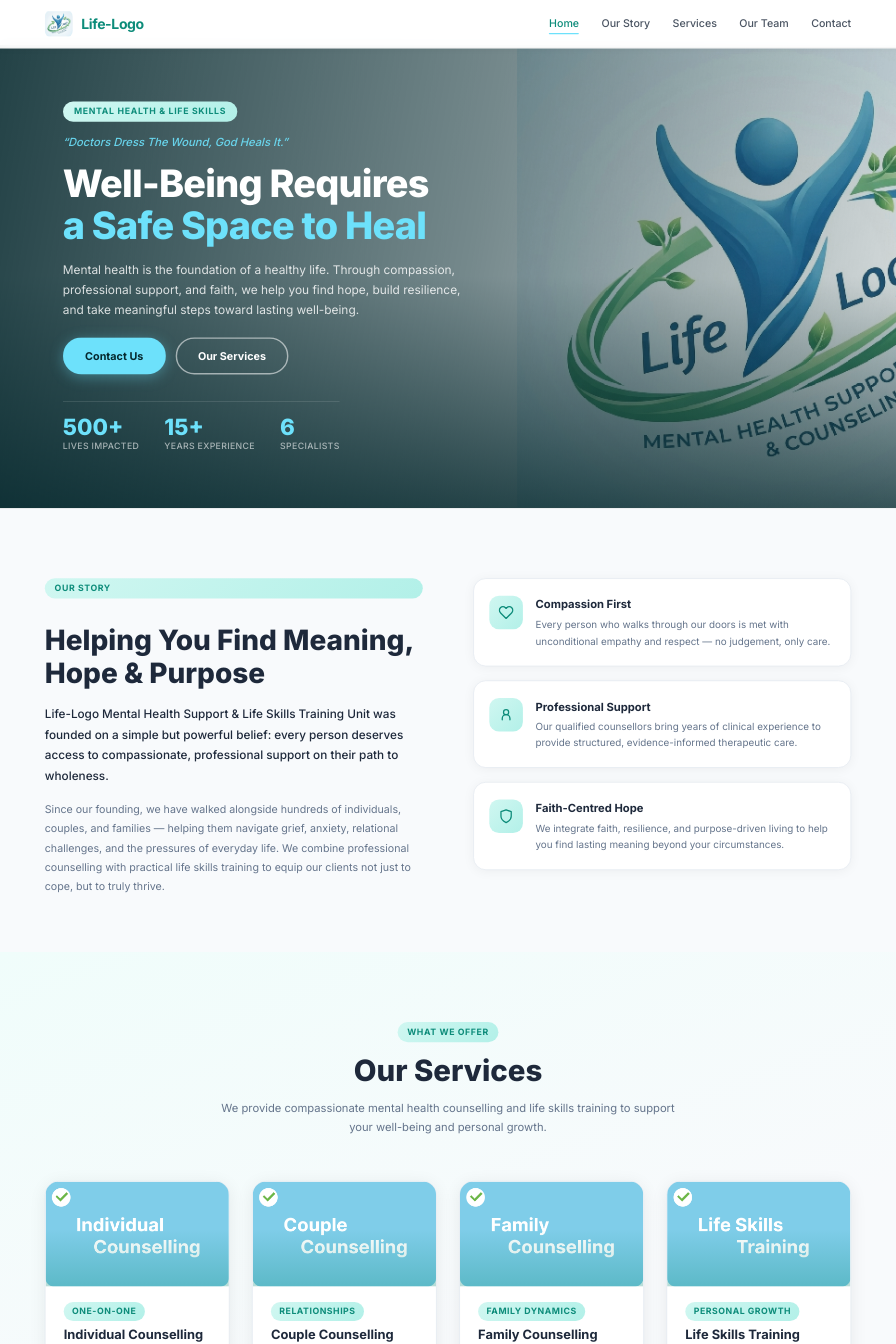
Repository: Tan47s/Lifelogo
Page: /
An editor plug-in stored every save of this project. The page is shown before and after the next save, followed by the edit.
The browser window is 1280 px wide. The pictures show the part of the page from y = 0 to 1920 px (the page is 5558 px tall), at 70% of full size.
The project was rebuilt for these pictures with package versions that can differ from the ones it lists, and the page was loaded fresh each time. Also part of the build but not shown: vite.config.js.

Above is the page before, as saved 2026-08-23 11:25:29.

### index.html
<!doctype html>
<html lang="en">
  <head>
    <meta charset="UTF-8" />
    <link rel="icon" type="image/svg+xml" href="/favicon.svg" />
    <meta name="viewport" content="width=device-width, initial-scale=1.0" />
    <title>Life-Logo | Mental Health Counselling &amp; Life Skills</title>
    <meta name="description" content="Life-Logo Mental Health Support &amp; Life Skills Training Unit — professional counselling, resilience coaching, and compassionate support to help you find meaning, hope, and purpose." />
    <meta property="og:title" content="Life-Logo | Mental Health Counselling &amp; Life Skills" />
    <meta property="og:description" content="Professional counselling and life skills training to support your well-being and personal growth." />
    <meta property="og:type" content="website" />
  </head>
  <body>
    <div id="root"></div>
    <script type="module" src="/src/main.jsx"></script>
  </body>
</html>

### src/main.jsx
import { StrictMode } from 'react'
import { createRoot } from 'react-dom/client'

import { App } from './App.jsx'


createRoot(document.getElementById('root')).render(
  <StrictMode>
    <App />
  </StrictMode>,
)

### src/App.jsx
import React from 'react'
import { Header } from './comp/Header'
import { Herocon } from './comp/Herocon'
import { Contents2 } from './comp/Contents2'
import { Service2 } from './comp/Service2'
import { Counsellors } from './comp/Counsellors'
import { Contact } from './comp/Contact'
import { Footer } from './comp/Footer'

export const App = () => {
  return (
    <div>
      <Header />

      {/* Hero — id: home (owned by Herocon's <section>) */}
      <Herocon />

      {/* Our Story — id: story (owned by Contents2's <section>) */}
      <Contents2 />

      {/* Services — id: services (declared inside Service2's <section>) */}
      <Service2 />

      {/* Our Team — id: team */}
      <Counsellors />

      {/* Contact — id: contact */}
      <Contact />

      {/* Footer */}
      <Footer />
    </div>
  )
}

### src/comp/Herocon.jsx
import './herocon.css'
import Hero from '../assets/hero3.jpg'

const stats = [
  { value: '500+', label: 'Lives Impacted' },
  { value: '15+', label: 'Years Experience' },
  { value: '6',   label: 'Specialists' },
]

export const Herocon = () => {
  const scrollTo = (id) => {
    const el = document.getElementById(id)
    if (el) el.scrollIntoView({ behavior: 'smooth' })
  }

  return (
    <section
      id="home"
      className="hero-section"
      style={{ backgroundImage: `url(${Hero})` }}
    >
      {/* layered overlay */}
      <div className="hero-overlay" />

      <div className="hero-content">
        {/* eyebrow badge */}
        <span className="hero-badge">Mental Health &amp; Life Skills</span>

        {/* quote */}
        <p className="hero-quote">
          &ldquo;Doctors Dress The Wound, God Heals It.&rdquo;
        </p>

        {/* headline */}
        <h1 className="hero-headline">
          Well-Being Requires<br />
          <span className="hero-headline-accent">a Safe Space to Heal</span>
        </h1>

        {/* sub-text */}
        <p className="hero-sub">
          Mental health is the foundation of a healthy life. Through compassion,
          professional support, and faith, we help you find hope, build
          resilience, and take meaningful steps toward lasting well-being.
        </p>

        {/* CTAs */}
        <div className="hero-ctas">
          <button
            id="hero-contact-btn"
            className="hero-btn hero-btn--primary"
            onClick={() => scrollTo('contact')}
          >
            Contact Us
          </button>
          <button
            id="hero-services-btn"
            className="hero-btn hero-btn--ghost"
            onClick={() => scrollTo('services')}
          >
            Our Services
          </button>
        </div>

        {/* Stats strip */}
        <div className="hero-stats">
          {stats.map((s, i) => (
            <div className="hero-stat" key={i}>
              <span className="hero-stat-value">{s.value}</span>
              <span className="hero-stat-label">{s.label}</span>
            </div>
          ))}
        </div>
      </div>
    </section>
  )
}

### src/comp/Service2.jsx
import React from 'react'
import ser1 from '../assets/ser1.png'
import ser2 from '../assets/ser2.png'
import ser3 from '../assets/ser3.png'
import ser4 from '../assets/ser4.png'
import './Service2.css'

const services = [
  {
    img: ser1,
    title: 'Individual Counselling',
    tag: 'One-on-One',
    desc: 'A private, confidential space where you can explore personal challenges, process emotions, and develop healthier coping strategies with the guidance of a qualified counsellor.',
  },
  {
    img: ser2,
    title: 'Couple Counselling',
    tag: 'Relationships',
    desc: 'Helping couples navigate conflict, rebuild trust, and strengthen communication so they can grow together in a healthy, supportive partnership.',
  },
  {
    img: ser3,
    title: 'Family Counselling',
    tag: 'Family Dynamics',
    desc: 'We work with families to address relational tensions, improve understanding, and foster a home environment rooted in compassion and mutual respect.',
  },
  {
    img: ser4,
    title: 'Life Skills Training',
    tag: 'Personal Growth',
    desc: 'Practical workshops and coaching sessions that equip you with tools for resilience, emotional regulation, goal-setting, and purposeful living.',
  },
]

export const Service2 = () => {
  return (
    <section id="services" className="services-section">
      {/* Section Header */}
      <div className="services-header">
        <span className="section-badge">What We Offer</span>
        <h2>Our Services</h2>
        <p className="services-subtitle">
          We provide compassionate mental health counselling and life skills
          training to support your well-being and personal growth.
        </p>
      </div>

      {/* Cards Grid */}
      <div className="services-grid">
        {services.map((s, i) => (
          <div className="service-card" key={i}>
            <div className="service-img-wrap">
              <img src={s.img} alt={s.title} className="service-img" />
              <div className="service-img-overlay" />
            </div>
            <div className="service-info">
              <span className="service-tag">{s.tag}</span>
              <h3>{s.title}</h3>
              <p>{s.desc}</p>
            </div>
          </div>
        ))}
      </div>
    </section>
  )
}

### src/comp/Footer.jsx
import React from 'react'
import './Footer.css'
import logo from '../assets/logo.png'

export const Footer = () => {
  const year = new Date().getFullYear()

  const scrollTo = (id) => {
    const el = document.getElementById(id)
    if (el) el.scrollIntoView({ behavior: 'smooth' })
  }

  return (
    <footer className="footer">
      <div className="footer-inner">

        {/* Brand Column */}
        <div className="footer-brand">
          <div className="footer-logo-row">
            <img src={logo} alt="Life-Logo" className="footer-logo" />
            <span className="footer-name">Life-Logo</span>
          </div>
          <p className="footer-tagline">
            Mental Health Support &amp; Life Skills Training Unit — helping
            people discover meaning, hope, and purpose.
          </p>
        </div>

        {/* Quick Links */}
        <div className="footer-col">
          <h4>Quick Links</h4>
          <ul>
            {[
              { label: 'Home',        id: 'home' },
              { label: 'Our Story',   id: 'story' },
              { label: 'Services',    id: 'services' },
              { label: 'Our Team',    id: 'team' },
              { label: 'Contact',     id: 'contact' },
            ].map((l) => (
              <li key={l.id}>
                <button onClick={() => scrollTo(l.id)} className="footer-link">
                  {l.label}
                </button>
              </li>
            ))}
          </ul>
        </div>

        {/* Contact Column */}
        <div className="footer-col">
          <h4>Contact</h4>
          <ul className="footer-contact-list">
            <li>
              <span className="fc-icon">📍</span>
              House-19, Road-14, Sector-13, Uttara, Dhaka-1230, Bangladesh.
            </li>
            <li>
              <span className="fc-icon">📞</span>
              <a href="tel:+8801616190907">+8801616190907</a>
            </li>
            <li>
              <span className="fc-icon">✉️</span>
              <a href="mailto:lifelogo111@gmail.com">lifelogo111@gmail.com</a>
            </li>
            <li>
              <span className="fc-icon">💬</span>
              <a href="https://wa.me/233244567890" target="_blank" rel="noopener noreferrer">
                WhatsApp Us
              </a>
            </li>
          </ul>
        </div>

      </div>

      {/* Bottom Bar */}
      <div className="footer-bottom">
        <p>&copy; {year} Life-Logo Mental Health &amp; Life Skills. All rights reserved.</p>
        <p className="footer-note">Built with compassion 💚</p>
      </div>
    </footer>
  )
}

### src/Index.css

@import url('https://fonts.googleapis.com/css2?family=Inter:wght@100..900&display=swap');

:root {
  /* Brand */
  --primary: #6de1fb;        /* Teal from header */
  --primary-light: #02ff78;


  /* Logo greens */
  --green: #22C55E;
  --green-light: #DCFCE7;

  /* Blue accent */
  --blue: #38BDF8;
  --blue-light: #E0F2FE;

  /* Backgrounds */
  --background: #F8FAFC;
  --surface: #FFFFFF;

  /* Text */
  --text: #1E293B;
  --text-muted: #64748B;

  /* Borders */
  --border: #E2E8F0;
}

* {
  margin: 0;
  padding: 0;
  box-sizing: border-box;
  font-family: "Inter", sans-serif;
}

h1{
    font-weight: 800;
}

p{
    font-weight: 400;
}

### src/comp/herocon.css
/* ============================================================
   HERO SECTION
   ============================================================ */

.hero-section {
  position: relative;
  margin-top: 64px;           /* clears fixed header */
  width: 100%;
  min-height: 92vh;
  background-size: cover;
  background-position: center top;
  background-repeat: no-repeat;
  display: flex;
  align-items: flex-end;      /* content sits in lower half */
  padding: 0 7% 80px;
  box-sizing: border-box;
  overflow: hidden;
}

/* ---- Multi-layer overlay ---- */
.hero-overlay {
  position: absolute;
  inset: 0;
  /* left-to-right: dark teal → transparent, plus bottom vignette */
  background:
    linear-gradient(100deg, rgba(5, 40, 45, 0.88) 0%, rgba(5, 40, 45, 0.55) 52%, rgba(5, 40, 45, 0.15) 100%),
    linear-gradient(to top, rgba(5, 40, 45, 0.75) 0%, transparent 50%);
  pointer-events: none;
}

/* ---- Content column ---- */
.hero-content {
  position: relative;
  z-index: 2;
  display: flex;
  flex-direction: column;
  align-items: flex-start;
  gap: 18px;
  max-width: 680px;
}

/* ---- Eyebrow badge ---- */
.hero-badge {
  display: inline-block;
  background: linear-gradient(135deg, #d0f7f1, #b2f0e8);
  color: #0d8c7a;
  font-size: 0.78rem;
  font-weight: 700;
  letter-spacing: 0.08em;
  text-transform: uppercase;
  padding: 5px 16px;
  border-radius: 999px;
}

/* ---- Quote ---- */
.hero-quote {
  font-size: clamp(13px, 1.4vw, 16px);
  color: rgba(109, 225, 251, 0.9);
  font-style: italic;
  font-weight: 500;
  margin: 0;
  line-height: 1.4;
}

/* ---- Headline ---- */
.hero-headline {
  font-size: clamp(30px, 5vw, 54px);
  font-weight: 800;
  color: #ffffff;
  line-height: 1.12;
  margin: 0;
  letter-spacing: -0.02em;
}

.hero-headline-accent {
  color: var(--primary);      /* teal #6de1fb */
}

/* ---- Sub-text ---- */
.hero-sub {
  font-size: clamp(14px, 1.4vw, 17px);
  color: rgba(255, 255, 255, 0.82);
  line-height: 1.7;
  margin: 0;
  max-width: 580px;
}

/* ---- CTAs ---- */
.hero-ctas {
  display: flex;
  flex-wrap: wrap;
  gap: 14px;
  margin-top: 6px;
}

.hero-btn {
  padding: 13px 30px;
  border-radius: 999px;
  font-size: clamp(14px, 1.2vw, 16px);
  font-weight: 700;
  cursor: pointer;
  font-family: inherit;
  transition: transform 0.2s ease, box-shadow 0.2s ease, background 0.2s ease;
  border: 2px solid transparent;
}

.hero-btn--primary {
  background: var(--primary);
  color: #05282d;
  box-shadow: 0 4px 20px rgba(109, 225, 251, 0.35);
}

.hero-btn--primary:hover {
  transform: translateY(-3px);
  box-shadow: 0 8px 30px rgba(109, 225, 251, 0.5);
}

.hero-btn--ghost {
  background: transparent;
  color: #ffffff;
  border-color: rgba(255, 255, 255, 0.55);
}

.hero-btn--ghost:hover {
  background: rgba(255, 255, 255, 0.1);
  border-color: #ffffff;
  transform: translateY(-3px);
}

/* ---- Stats strip ---- */
.hero-stats {
  display: flex;
  gap: 36px;
  margin-top: 20px;
  padding-top: 20px;
  border-top: 1px solid rgba(255, 255, 255, 0.15);
  flex-wrap: wrap;
}

.hero-stat {
  display: flex;
  flex-direction: column;
  gap: 2px;
}

.hero-stat-value {
  font-size: clamp(22px, 3vw, 32px);
  font-weight: 800;
  color: var(--primary);
  line-height: 1;
}

.hero-stat-label {
  font-size: 0.78rem;
  color: rgba(255, 255, 255, 0.6);
  font-weight: 500;
  letter-spacing: 0.04em;
  text-transform: uppercase;
}

/* ---- Responsive ---- */
@media (max-width: 768px) {
  .hero-section {
    padding: 0 6% 60px;
    min-height: 100vh;
    align-items: flex-end;
  }

  .hero-content {
    max-width: 100%;
  }

  .hero-ctas {
    width: 100%;
  }

  .hero-btn {
    flex: 1 1 140px;
    text-align: center;
  }

  .hero-stats {
    gap: 24px;
  }
}

### src/comp/Contents2.css
/* ============================================================
   OUR STORY SECTION
   ============================================================ */

.story-section {
  padding: 100px 5% 80px;
  background: var(--background);   /* #F8FAFC — same as Counsellors */
}

/* ---- Two-column inner wrapper ---- */
.story-inner {
  display: grid;
  grid-template-columns: 1fr 1fr;
  gap: 72px;
  max-width: 1200px;
  margin: 0 auto;
  align-items: start;
}

/* ========== LEFT: text column ========== */
.story-text {
  display: flex;
  flex-direction: column;
  gap: 20px;
}

.story-text h2 {
  font-size: clamp(26px, 3.5vw, 40px);
  font-weight: 800;
  color: var(--text);
  line-height: 1.18;
  margin: 0;
}

.story-lead {
  font-size: 1.05rem;
  color: var(--text);
  font-weight: 500;
  line-height: 1.75;
  margin: 0;
}

.story-body {
  font-size: 0.95rem;
  color: var(--text-muted);
  line-height: 1.8;
  margin: 0;
}

/* ========== RIGHT: pillars column ========== */
.story-pillars {
  display: flex;
  flex-direction: column;
  gap: 20px;
}

/* ---- Single pillar card ---- */
.story-pillar {
  display: flex;
  align-items: flex-start;
  gap: 18px;
  background: var(--surface);
  border: 1px solid var(--border);
  border-radius: 18px;
  padding: 24px 22px;
  box-shadow: 0 2px 16px rgba(0, 0, 0, 0.05);
  transition: transform 0.25s ease, box-shadow 0.25s ease;
}

.story-pillar:hover {
  transform: translateY(-4px);
  box-shadow: 0 8px 32px rgba(109, 225, 251, 0.18);
}

/* ---- Icon bubble ---- */
.pillar-icon {
  flex-shrink: 0;
  width: 48px;
  height: 48px;
  border-radius: 14px;
  background: linear-gradient(135deg, #d0f7f1, #b2f0e8);
  display: flex;
  align-items: center;
  justify-content: center;
  color: #0d8c7a;
}

.pillar-icon svg {
  width: 22px;
  height: 22px;
}

/* ---- Pillar text ---- */
.pillar-body {
  display: flex;
  flex-direction: column;
  gap: 5px;
}

.pillar-body h4 {
  font-size: 1rem;
  font-weight: 700;
  color: var(--text);
  margin: 0;
}

.pillar-body p {
  font-size: 0.88rem;
  color: var(--text-muted);
  line-height: 1.65;
  margin: 0;
}

/* ---- Responsive ---- */
@media (max-width: 860px) {
  .story-inner {
    grid-template-columns: 1fr;
    gap: 48px;
  }
}

@media (max-width: 640px) {
  .story-section {
    padding: 70px 5% 60px;
  }
}

### src/comp/Service2.css
/* ============================================================
   SERVICES SECTION  —  mirrors Counsellors card style
   ============================================================ */

.services-section {
  padding: 100px 5% 80px;
  background: linear-gradient(160deg, #f0fdfb 0%, #f8fafc 60%);
}

/* --- Header --- */
.services-header {
  text-align: center;
  max-width: 660px;
  margin: 0 auto 64px;
}

.services-header h2 {
  font-size: clamp(28px, 4vw, 42px);
  font-weight: 800;
  color: var(--text);
  margin-bottom: 16px;
  line-height: 1.15;
}

.services-subtitle {
  font-size: 1rem;
  color: var(--text-muted);
  line-height: 1.7;
}

/* --- Grid --- */
.services-grid {
  display: grid;
  grid-template-columns: repeat(auto-fit, minmax(260px, 1fr));
  gap: 32px;
  max-width: 1200px;
  margin: 0 auto;
}

/* --- Card --- */
.service-card {
  background: var(--surface);
  border-radius: 20px;
  overflow: hidden;
  box-shadow: 0 4px 24px rgba(0, 0, 0, 0.07);
  border: 1px solid var(--border);
  transition: transform 0.3s ease, box-shadow 0.3s ease;
}

.service-card:hover {
  transform: translateY(-8px);
  box-shadow: 0 12px 40px rgba(109, 225, 251, 0.25);
}

/* --- Image wrapper --- */
.service-img-wrap {
  position: relative;
  width: 100%;
  height: 150px;
  overflow: hidden;
}

.service-img {
  width: 100%;
  height: 100%;
  object-fit: cover;
  object-position: center;
  transition: transform 0.4s ease;
}

.service-card:hover .service-img {
  transform: scale(1.05);
}

.service-img-overlay {
  position: absolute;
  inset: 0;
  background: linear-gradient(to top, rgba(13, 140, 122, 0.3) 0%, transparent 55%);
  pointer-events: none;
}

/* --- Info block --- */
.service-info {
  padding: 22px 26px 28px;
  display: flex;
  flex-direction: column;
  gap: 8px;
}

.service-tag {
  display: inline-block;
  background: linear-gradient(135deg, #d0f7f1, #b2f0e8);
  color: #0d8c7a;
  font-size: 0.78rem;
  font-weight: 700;
  letter-spacing: 0.06em;
  text-transform: uppercase;
  padding: 4px 12px;
  border-radius: 999px;
  align-self: flex-start;
}

.service-info h3 {
  font-size: 1.15rem;
  font-weight: 700;
  color: var(--text);
  margin: 0;
  line-height: 1.3;
}

.service-info p {
  font-size: 0.9rem;
  color: var(--text-muted);
  line-height: 1.75;
  margin: 0;
}

/* --- Responsive --- */
@media (max-width: 640px) {
  .services-section {
    padding: 70px 5% 60px;
  }

  .services-grid {
    grid-template-columns: 1fr;
  }
}

Loaded but not shown: src/comp/Contact.jsx (114 lines, source omitted); src/comp/Counsellors.jsx (101 lines, source omitted); src/App.css (221 lines, source omitted); src/comp/Contact.css (202 lines, source omitted); src/comp/Header.jsx (102 lines, source omitted); src/comp/Contents2.jsx (74 lines, source omitted); src/comp/Counsellors.css (141 lines, source omitted); src/comp/Footer.css (158 lines, source omitted)

After the next save:
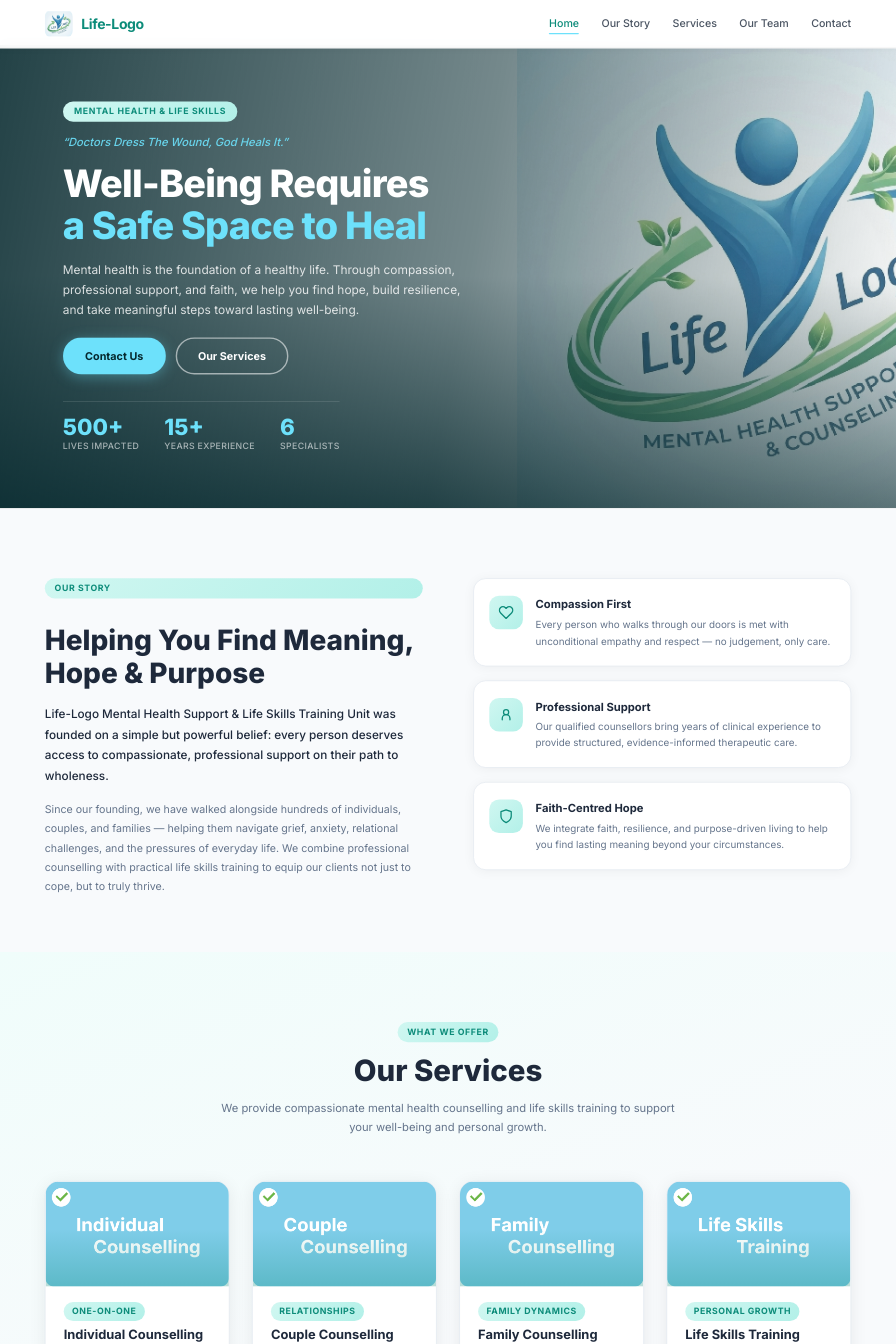
Saved 5 s later.
--- a/src/comp/herocon.css
+++ b/src/comp/herocon.css
@@ -23,7 +23,7 @@
   inset: 0;
   /* left-to-right: dark teal → transparent, plus bottom vignette */
   background:
-    linear-gradient(100deg, rgba(5, 40, 45, 0.88) 0%, rgba(5, 40, 45, 0.55) 52%, rgba(5, 40, 45, 0.15) 100%),
+    linear-gradient(100deg, rgba(5, 40, 45, 0.88) 0%, rgba(5, 40, 45, 0.55) 52%, rgba(255, 255, 255, 0.15) 100%),
     linear-gradient(to top, rgba(5, 40, 45, 0.75) 0%, transparent 50%);
   pointer-events: none;
 }

After the save that followed:
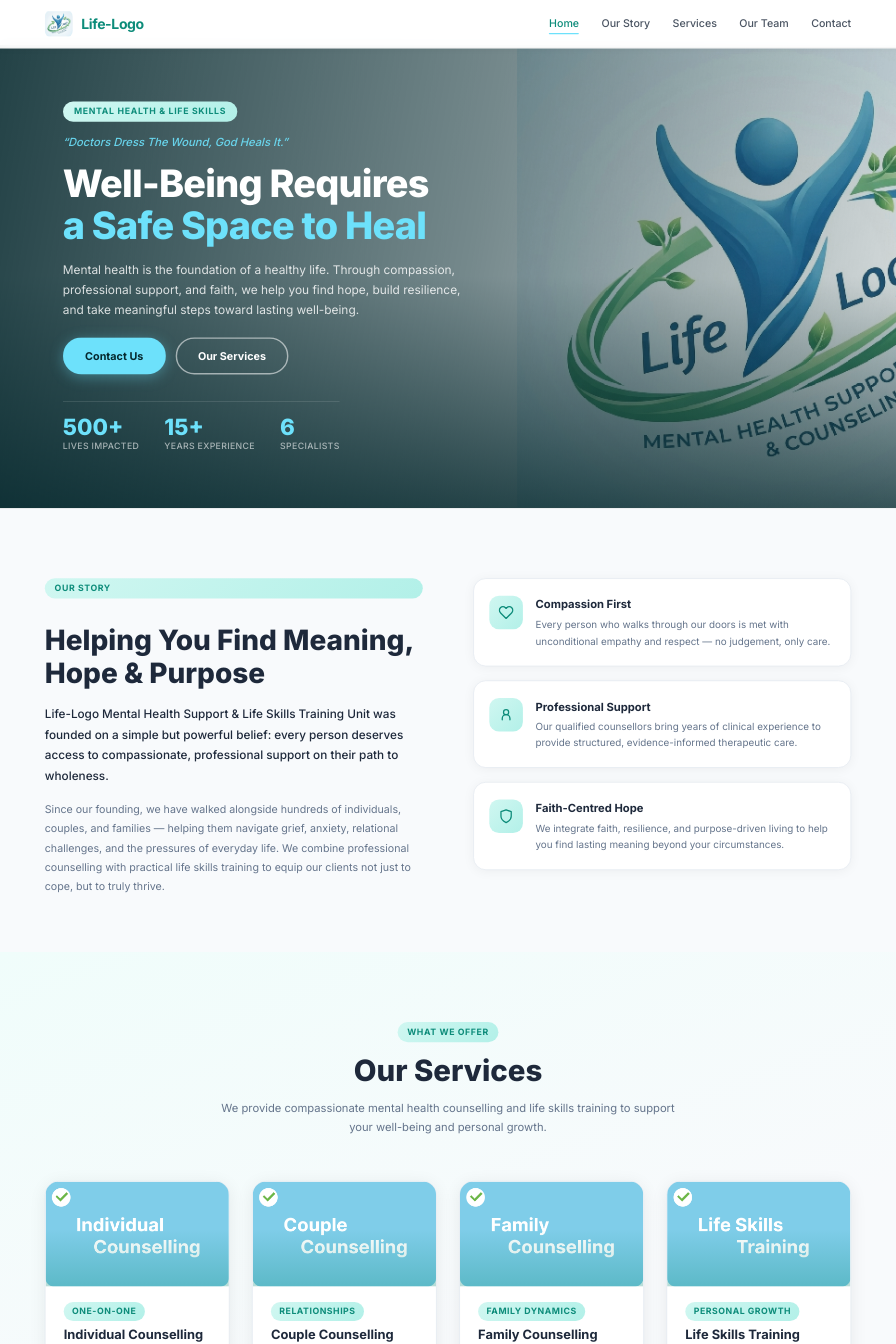
Saved 25 s later.
--- a/src/comp/herocon.css
+++ b/src/comp/herocon.css
@@ -23,7 +23,7 @@
   inset: 0;
   /* left-to-right: dark teal → transparent, plus bottom vignette */
   background:
-    linear-gradient(100deg, rgba(5, 40, 45, 0.88) 0%, rgba(5, 40, 45, 0.55) 52%, rgba(255, 255, 255, 0.15) 100%),
+    linear-gradient(100deg, rgba(5, 40, 45, 0.88) 0%, rgba(5, 40, 45, 0.55) 52%, rgba(5, 40, 45, 0.15) 100%),
     linear-gradient(to top, rgba(5, 40, 45, 0.75) 0%, transparent 50%);
   pointer-events: none;
 }
